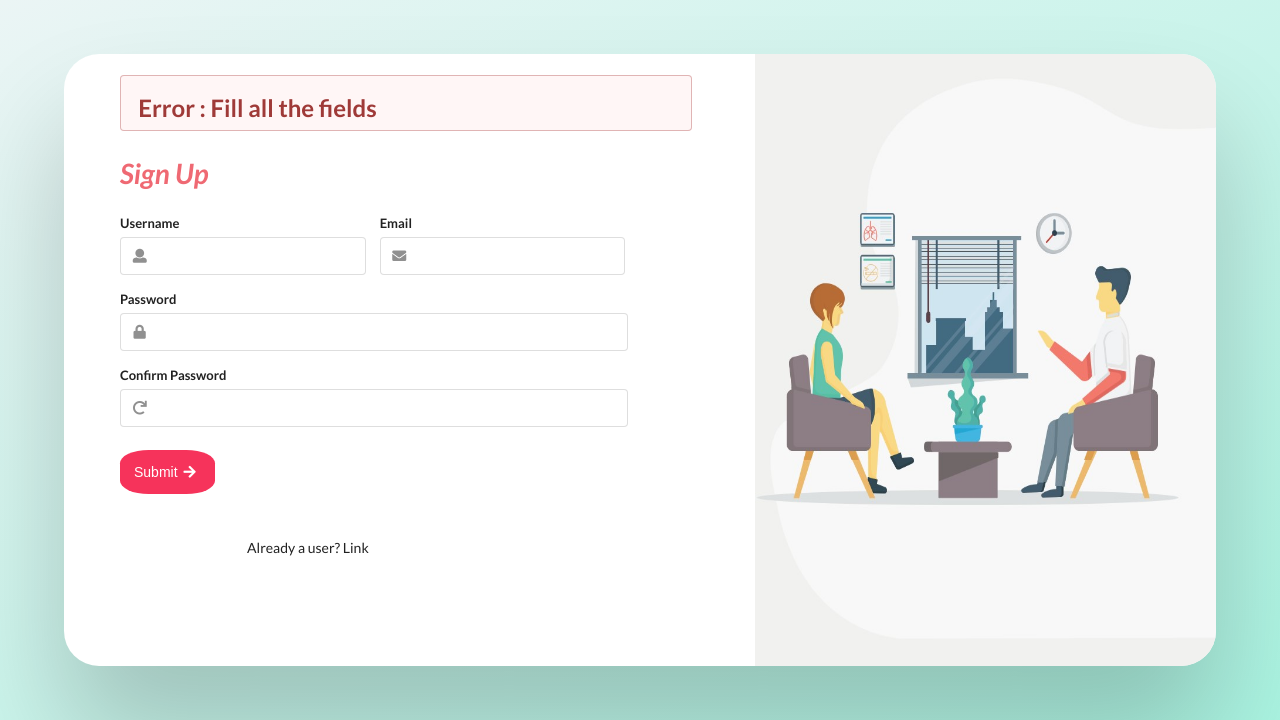
Repository: ajayaj2001/healthcare-digitization
Page: /, after clicking the first element matching `i.arrow`
These files come from the project's save history. The page is drawn as it stood at one moment and after the next save; the edit follows.
The browser window is 1280 px wide. The pictures show the whole page.
The project was rebuilt for these pictures with package versions that can differ from the ones it lists, and the page was loaded fresh each time. Also part of the build but not shown: src/component/userType/UserType.scss, src/component/userType/UserType.js, src/component/login/loginForm/LoginForm.scss, src/component/login/loginForm/LoginForm.js, src/component/login/Login.js.

Above is the page before, as saved 2021-03-12 22:43:07.

After the next save:
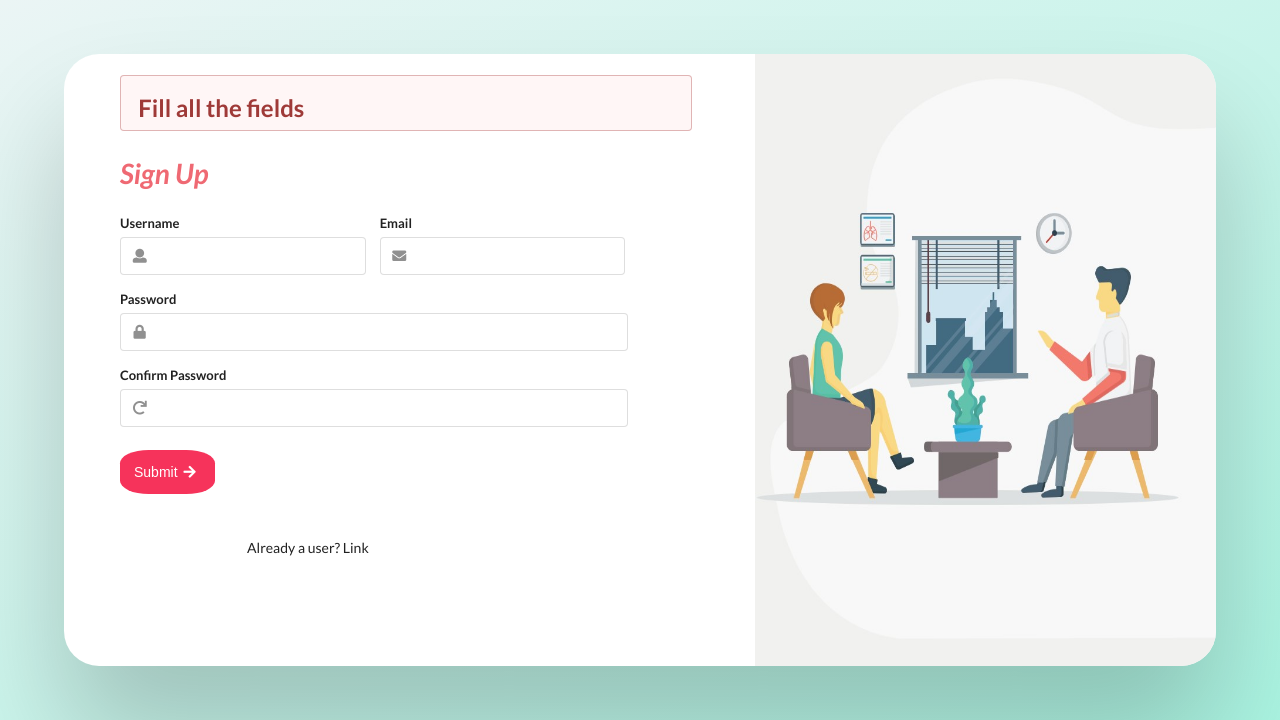
Saved 99 s later.
--- a/src/component/register/registerForm/RegisterForm.js
+++ b/src/component/register/registerForm/RegisterForm.js
@@ -74,7 +74,7 @@ const RegisterForm = () => {
     return (
         <div className="registerform">
             {
-                errors ? <Message error className="registerform__error" ><h2>Error  :  {errors}</h2></Message> : ""
+                errors ? <Message error className="registerform__error" ><h2>{errors}</h2></Message> : ""
 
             }
 
